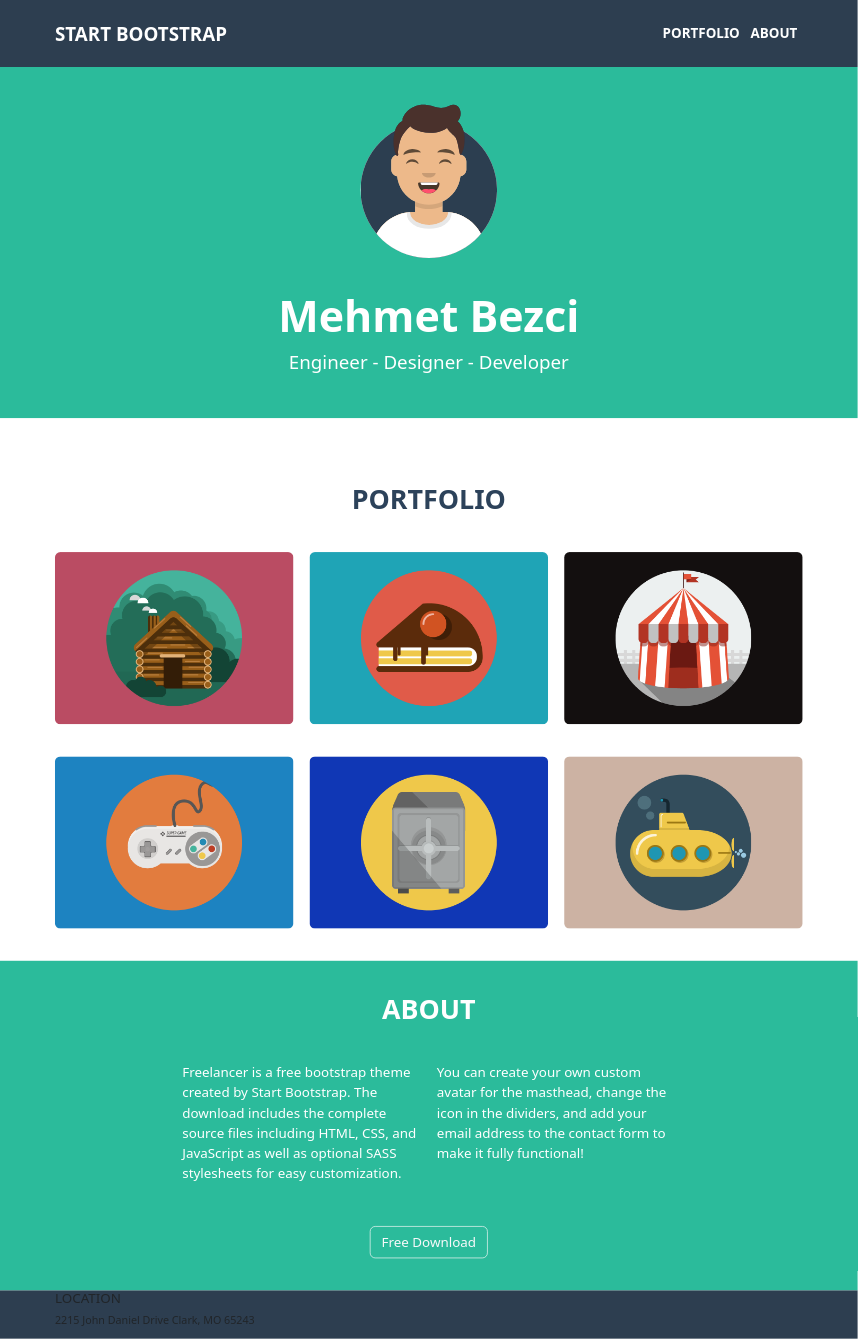
Repository: 7JaxeN7/WT-1255P-Mehmet_BEZC-
Page: index.html
These files come from the project's save history. The page is drawn as it stood at one moment and after the next save; the edit follows.
The browser window is 1280 px wide. The pictures show the whole page, at 67% of full size.

Above is the page before, as saved 2025-01-07 00:32:28.

### index.html
<!DOCTYPE html>
<html lang="tr">

<head>
  <meta charset="UTF-8">
  <meta name="viewport" content="width=device-width, initial-scale=1.0">
  <link rel="stylesheet" href="style.css">
  <link href="https://cdn.jsdelivr.net/npm/bootstrap@5.3.3/dist/css/bootstrap.min.css" rel="stylesheet"
    integrity="sha384-QWTKZyjpPEjISv5WaRU9OFeRpok6YctnYmDr5pNlyT2bRjXh0JMhjY6hW+ALEwIH" crossorigin="anonymous">
  <title>Start Bootstrap</title>
</head>

<body>
  <!-- Navbar -->
  <header>
    <nav class="navbar navbar-expand-lg navbar-bg">
      <div class="container pt-3 pb-3">
        <a class="navbar-brand text-white fw-bolder fs-3" href="#">START BOOTSTRAP</a>
        <button class="navbar-toggler" type="button" data-bs-toggle="collapse" data-bs-target="#navbarNav"
          aria-controls="navbarNav" aria-expanded="false" aria-label="Toggle navigation">
          <span class="navbar-toggler-icon"></span>
        </button>
        <div class="collapse navbar-collapse" id="navbarNav">
          <ul class="navbar-nav ms-auto">
            <li class="nav-item">
              <a class="nav-link text-white fw-bolder fs-5" href="#">PORTFOLIO</a>
            </li>
            <li class="nav-item">
              <a class="nav-link text-white fw-bolder fs-5" href="#">ABOUT</a>
            </li>
          </ul>
        </div>
      </div>
    </nav>
  </header>
  <!-- Herosection -->
  <div class="herosection-bg pt-5 pb-5">
    <div class="container text-center">
      <img src="/assets/img/avataaars.svg" width="20%" />
      <h1 class="mt-5 text-white fw-bolder display-3">Mehmet Bezci</h1>
      <p class="text-white fs-3">Engineer - Designer - Developer</p>
    </div>
  </div>
  <!-- Portfolio -->
  <div class="portfolio-section">
    <h2 class="text-center mt-5 pt-5 pb-5 fs-1 fw-semibold portfolio-tittle">PORTFOLIO</h2>
    <div class="container">
      <div class="row">
        <div class="col-12 col-md-6 col-lg-4 mb-5">
          <img src="/assets/img/cabin.png" class="img-fluid rounded-3">
        </div>
        <div class="col-12 col-md-6 col-lg-4 mb-5">
          <img src="/assets/img/cake.png" class="img-fluid rounded-3">
        </div>
        <div class="col-12 col-md-6 col-lg-4 mb-5">
          <img src="/assets/img/circus.png" class="img-fluid rounded-3">
        </div>
        <div class="col-12 col-md-6 col-lg-4 mb-5">
          <img src="/assets/img/game.png" class="img-fluid rounded-3">
        </div>
        <div class="col-12 col-md-6 col-lg-4 mb-5">
          <img src="/assets/img/safe.png" class="img-fluid rounded-3">
        </div>
        <div class="col-12 col-md-6 col-lg-4 mb-5">
          <img src="/assets/img/submarine.png" class="img-fluid rounded-3">
        </div>
      </div>
    </div>
  </div>
  <!-- About -->
  <div class="about-section">
    <div class="container">
      <h2 class="about-tittle fs-1 fw-semibold text-center pt-5 pb-5"> ABOUT</h2>
      <div class="row justify-content-center">
        <div class="col-lg-4 fs-5 text-white">
          <p>
            Freelancer is a free bootstrap theme created by Start Bootstrap. The download includes the complete source
            files including HTML, CSS, and JavaScript as well as optional SASS stylesheets for easy customization.
          </p>
        </div>
        <div class="col-lg-4 fs-5 text-white">
          <p>
            You can create your own custom avatar for the masthead, change the icon in the dividers, and add your email
            address to the contact form to make it fully functional!
          </p>
        </div>
      </div>
      <div class="d-flex justify-content-center">
        <button class="mt-5 mb-5 btn btn-outline-light btn-lg">Free Download</button>
      </div>
    </div>
  </div>
  <!-- Footer -->
  <footer>
    <div class="footer-section">
      <div class="container">
        <div class="row">
          <div class="col-lg-4">
            <h5>LOCATION</h5>
            <p>
              2215 John Daniel Drive
              Clark, MO 65243
            </p>
          </div>
          <div class="col-lg-4"></div>
          <div class="col-lg-4"></div>
        </div>
      </div>
    </div>
  </footer>
  <!-- Burası bootstrap script kısmı -->
  <script src="https://cdn.jsdelivr.net/npm/bootstrap@5.3.3/dist/js/bootstrap.bundle.min.js"
    integrity="sha384-YvpcrYf0tY3lHB60NNkmXc5s9fDVZLESaAA55NDzOxhy9GkcIdslK1eN7N6jIeHz"
    crossorigin="anonymous"></script>
</body>

</html>

### style.css
.navbar-bg {
  background-color: #2d3e50 !important;
}
.herosection-bg{
    background-color: #2bbb9b ;
}
.portfolio-tittle{
    color: #2c425a;
}
.about-section{
    background-color: #2bbb9b ;
}
.about-tittle{
    color: #ffffff;
}
.footer-section{
    background-color: #2d3e50;
}

After the next save:
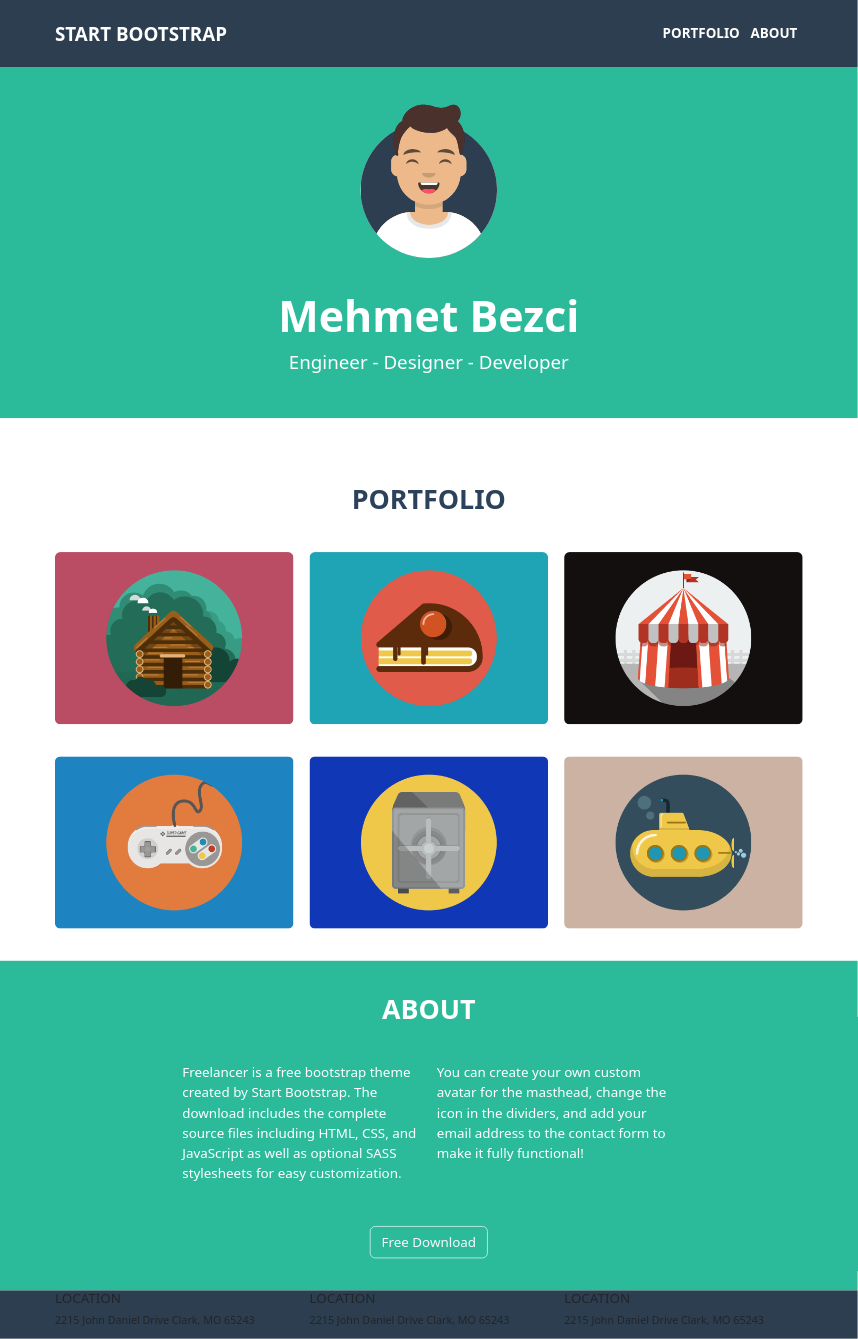
Saved 38 s later.
--- a/index.html
+++ b/index.html
@@ -102,8 +102,20 @@
               Clark, MO 65243
             </p>
           </div>
-          <div class="col-lg-4"></div>
-          <div class="col-lg-4"></div>
+          <div class="col-lg-4">
+            <h5>LOCATION</h5>
+            <p>
+              2215 John Daniel Drive
+              Clark, MO 65243
+            </p>
+          </div>
+          <div class="col-lg-4">
+            <h5>LOCATION</h5>
+            <p>
+              2215 John Daniel Drive
+              Clark, MO 65243
+            </p>
+          </div>
         </div>
       </div>
     </div>
